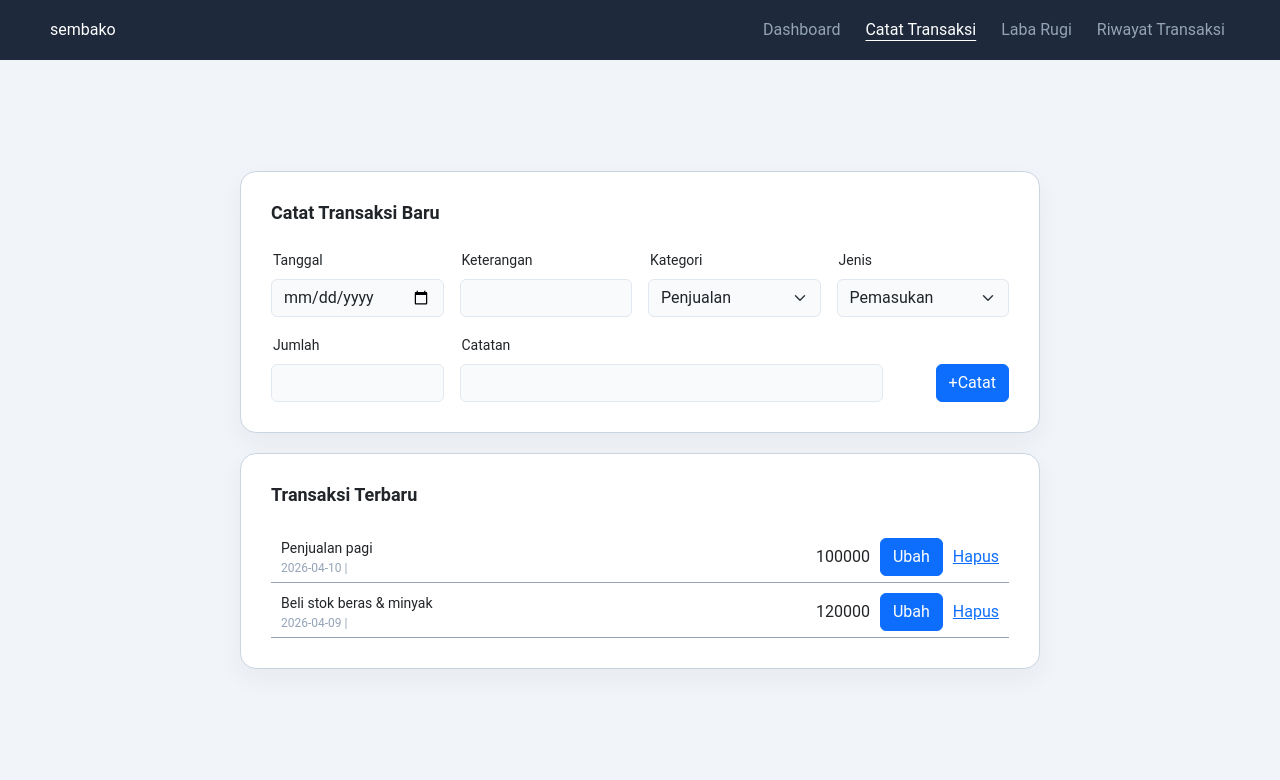
Repository: musdalifahzahra/Projek-Akhir-PWD-2026
Page: http://localhost/3-catat-transaksi.php
The author's editor kept a copy of each file at every save. The page is drawn from the files as they stood at one save, then again after the next save.
The browser window is 1280 px wide. The pictures show the whole page.
The page is run by PHP 8.4 with error messages shown; the project is at /var/www/html/. The database holds what the project's SQL file puts in it.

Above is the page before, as saved 2026-04-17 15:44:04.

### 3-catat-transaksi.php
<?php
//koneksi ke database
require "0-koneksi.php";

//INPUT FORM TRANSAKSI (INSERT)
//cek submit uda di pencet blm
if (isset($_POST["submit"])) {
    if (tambah_data($_POST) < 0) {
        echo "Data gagal ditambahkan";
    }
}
?>

<!DOCTYPE html>
<html lang="en">

<head>
    <meta charset="UTF-8">
    <meta name="viewport" content="width=device-width, initial-scale=1.0">
    <title>Catat Transaksi</title>
    <link rel="stylesheet" href="https://cdn.jsdelivr.net/npm/bootstrap@5.3.8/dist/css/bootstrap.min.css">
    <link rel="stylesheet" href="template-css.css">
    <link rel="stylesheet" href="3-catat-transaksi-css.css">
</head>

<body>
    <nav>
        <div class="profile">
            <span>sembako</span>
        </div>
        <div class="nav_list">
            <ul>
                <li><a href="2-dashboard.php">Dashboard</a></li>
                <li><a href="3-catat-transaksi.php" class="nav-active">Catat Transaksi</a></li>
                <li><a href="4-laba-rugi.php">Laba Rugi</a></li>
                <li><a href="5-laporan.php">Riwayat Transaksi</a></li>
            </ul>
        </div>
    </nav>

    <div class="wrap">
        <!-- input transaksi -->
        <div class="input-transaksi template">
            <form class="row g-3" method="POST">
                <h5>Catat Transaksi Baru</h5><br>
                <!-- tanggal -->
                <div class="col-md-3">
                    <label for="tanggal" class="form-label">Tanggal</label>
                    <input type="date" class="form-control" id="tanggal" name="tanggal" required>
                </div>
                <!-- keterangan -->
                <div class="col-md-3">
                    <label for="keterangan" class="form-label">Keterangan</label>
                    <input type="text" class="form-control" id="keterangan" name="keterangan" required>
                </div>
                <!-- kategori -->
                <div class="col-md-3">
                    <label for="inputZip" class="form-label">Kategori</label>
                    <select class="form-select" id="kategori" aria-label="Default select example" name="kategori" required>
                        <option value="Penjualan">Penjualan</option>
                        <option value="Belanja Stok">Belanja Stok</option>
                        <option value="Operasional">Operasional</option>
                        <option value="Gaji">Gaji</option>
                        <option value="Lain-lain">Lain-lain</option>
                    </select>
                </div>
                <!-- jenis -->
                <div class="col-md-3">
                    <label for="jenis" class="form-label">Jenis</label>
                    <select class="form-select" id="jenis" aria-label="Default select example" name="jenis" required>
                        <option value="Masuk">Pemasukan</option>
                        <option value="Keluar">Pengeluaran</option>
                    </select>
                </div>
                <!-- jumlah-->
                <div class="col-md-3">
                    <label for="jumlah" class="form-label">Jumlah</label>
                    <input type="number" class="form-control" id="jumlah" name="jumlah" required>
                </div>
                <!-- catatan -->
                <div class="col-md-7">
                    <label for="catatan" class="form-label">Catatan</label>
                    <input type="text" class="form-control" id="catatan" name="catatan">
                </div>
                <!-- submit (+catat) -->
                <div class="col-md-2 d-flex align-items-end justify-content-end">
                    <button type="submit" class="btn btn-primary" id="catat" name="submit" required> +Catat </button>
                </div>
                <br>
            </form>
        </div>


        <!-- MENAMPILKAN DAFTRA TRANSAKSI TERBARU -->
        <?php
        //  $transaksi_terbaru = nyimpan data yg diambil dari fungsi transaksi()
        // manggil fungsi transaksi sambil emmbawa parameter yg berfungsi u/ ngambil nya cuma 6
        $transaksi_terbaru = nampilin_data("SELECT * FROM transaksi ORDER BY No DESC LIMIT 6");
        ?>

        <div class="tampil-transaksi-terbaru template">
            <h5>Transaksi Terbaru</h5><br>
            <div class="wrap-transaksi">
                <?php foreach ($transaksi_terbaru as $data) : ?>
                    <div class="satu-transaksi">

                        <div class="a">
                            <p class="keterangan"><?= $data['Keterangan'] ?></p>
                            <p class="tanggal-catatan"><?= $data['Tanggal'] . " | " . $data['Catatan'] ?></p>
                        </div>

                        <div class="b">
                            <p><?= $data['Jumlah'] ?></p>
                            <!-- MODAL POP UP UBAH -->
                            <!-- Button modal ubah -->
                            <button type="button" class="btn btn-primary" data-bs-toggle="modal" data-bs-target="#modal-ubah<?= $data['No'] ?>">
                                Ubah
                            </button>
                            <!-- tampilan pop up ubah -->
                            <div class="modal fade" id="modal-ubah<?= $data['No'] ?>" data-bs-backdrop="static" data-bs-keyboard="false" tabindex="-1" aria-labelledby="staticBackdropLabel" aria-hidden="true">
                                <div class="modal-dialog template">
                                    <div class="modal-content">
                                        <div class="modal-header">
                                            <h5 class="modal-title fs-5" id="staticBackdropLabel">Ubah data transaksi</h5>
                                            <button type="button" class="btn-close" data-bs-dismiss="modal" aria-label="Close"></button>
                                        </div>
                                        <div class="modal-body">
                                            <!-- input transaksi -->
                                            <div class="input-transaksi template">

                                                <!-- kalo biasnya kirim datanya lewat a href GET, kalo ini pake form POST -->
                                                <form class="row g-3" action="0-ubah.php" method="POST">
                                                    <!-- membawa id, id  yang sesuai dengan data yg mau di edit -->
                                                     <input type="hidden" value="<?= $data['No'] ?>">

                                                    <!-- tanggal -->
                                                    <div class="col-md-3">
                                                        <label for="tanggal" class="form-label">Tanggal</label>
                                                        <input type="date" class="form-control" id="tanggal" name="tanggal" required>
                                                    </div>
                                                    <!-- keterangan -->
                                                    <div class="col-md-3">
                                                        <label for="keterangan" class="form-label">Keterangan</label>
                                                        <input type="text" class="form-control" id="keterangan" name="keterangan" required>
                                                    </div>
                                                    <!-- kategori -->
                                                    <div class="col-md-3">
                                                        <label for="inputZip" class="form-label">Kategori</label>
                                                        <select class="form-select" id="kategori" aria-label="Default select example" name="kategori" required>
                                                            <option value="Penjualan">Penjualan</option>
                                                            <option value="Belanja Stok">Belanja Stok</option>
                                                            <option value="Operasional">Operasional</option>
                                                            <option value="Gaji">Gaji</option>
                                                            <option value="Lain-lain">Lain-lain</option>
                                                        </select>
                                                    </div>
                                                    <!-- jenis -->
                                                    <div class="col-md-3">
                                                        <label for="jenis" class="form-label">Jenis</label>
                                                        <select class="form-select" id="jenis" aria-label="Default select example" name="jenis" required>
                                                            <option value="Masuk">Pemasukan</option>
                                                            <option value="Keluar">Pengeluaran</option>
                                                        </select>
                                                    </div>
                                                    <!-- jumlah-->
                                                    <div class="col-md-3">
                                                        <label for="jumlah" class="form-label">Jumlah</label>
                                                        <input type="number" class="form-control" id="jumlah" name="jumlah" required>
                                                    </div>
                                                    <!-- catatan -->
                                                    <div class="col-md-7">
                                                        <label for="catatan" class="form-label">Catatan</label>
                                                        <input type="text" class="form-control" id="catatan" name="catatan">
                                                    </div>
                                                    <!-- submit (+catat) -->
                                                    <div class="col-md-2 d-flex align-items-end justify-content-end">
                                                        <button type="submit" class="btn btn-primary" id="catat" name="submit-ubah" required> Ubah </button>
                                                    </div>
                                                    <br>
                                                </form>
                                            </div>
                                        </div>
                                        <!-- <div class="modal-footer">
                                            <button type="button" class="btn btn-secondary" data-bs-dismiss="modal">Close</button>
                                            <button type="button" class="btn btn-primary">Understood</button>
                                        </div> -->
                                    </div>
                                </div>
                            </div>

                            <!-- <a href="0-ubah.php?id=<?= $data["No"] ?>"> Edit </a> -->
                            <a href="0-hapus.php?id=<?= $data["No"] ?>" onclick="return confirm('Apakah anda ingin mengapus data tersebut');"> Hapus </a>
                            <!-- <button class="edit">Edit</button>
                            <button class="hapus"> x </button> -->
                        </div>
                    </div>
                <?php endforeach; ?>
            </div>
        </div>
    </div>
    <!-- masukin bootstrap js -->
    <script src="https://cdn.jsdelivr.net/npm/bootstrap@5.3.3/dist/js/bootstrap.bundle.min.js"></script>
</body>

</html>
</body>

</html>

### 0-koneksi.php
<?php
//koneksi ke database
$conn = mysqli_connect("localhost", "root", "", "laporan_keuangan");

//ambil data
$result = mysqli_query($conn, "SELECT * FROM transaksi");
if (!$result) {
    echo mysqli_error($conn);
}

//FUNGSI UNTUK MENAMBAHKAN DATA (INSERT)
function tambah_data($data_insert)
{

    global $conn;
    $tanggal = $data_insert["tanggal"];
    $keterangan = $data_insert["keterangan"];
    $kategori = $data_insert["kategori"];
    $jenis = $data_insert["jenis"];
    $jumlah = $data_insert["jumlah"];
    $catatan = $data_insert["catatan"];

    $insert = "INSERT INTO transaksi
              VALUES (null, '$tanggal', '$keterangan', '$kategori', '$jenis', '$jumlah', '$catatan')
              ";

    mysqli_query($conn, $insert);

    //mengembalikan nilai, cek berhasil apa ngga. kalo (1) = berhasil, (-1)= tidak berhasil;
    return mysqli_affected_rows($conn);
}

// FUNGSI UNTUK BACA DATA DARI DATABASE, dipake bwt nampilin transaksi terbaru
function nampilin_data($query)
{
    global $conn;

    $result = mysqli_query($conn, $query);
    //$rows = wadah untuk menyimpan baris-baris yg akan di ambil
    $rows = [];
    while ($row = mysqli_fetch_assoc($result)) {
        $rows[] = $row;
    }
    // mengmebalikan semua baris-baris($row) yg uda kesimpan di $rows
    return $rows;
}

//FUNGSI UNTUK HAPUS
function hapus($id)
{
    global $conn;

    mysqli_query($conn, "DELETE FROM transaksi WHERE No = $id");

    return mysqli_affected_rows($conn);
}

//UNTUK KONDISI KETIKA MENG UBAH DATA

### template-css.css
:root {
  --color-nav: #1e293b;
  --color-bag-web: #f1f5f9;
  --color-card: #ffffff;
  --color-belum-dipencet: #94a3b8;
  --color-kurson: #cbd5e1;
  --color-tulisan-utama: #334155;
  --color-pemasukan: #10b981;
  --color-pengeluaran: #ef4444;
  --color-border: #e2e8f0;
  --color-border-card: #cbd5e1;
  --color-input: #f8fafc;
  --h1: 32px; /* (judul halaman) */
  --h2: 24px; /* (judul section) */
  --h3: 20px; /* (sub section) */
  --font-judul-card: 18px; /* (judul card) */
  --h5: 16px; /* (label besar) */
  --font-text: 14px; /* (teks biasa) */
  --font-note: 12px; /* (catatan/hint) */
}

body {
  font-family: "Roboto", sans-serif;
}

nav {
  background-color: var(--color-nav);
  height: 60px;
  display: flex;
  align-items: center;
  justify-content: space-between;
  padding: 0px 50px;
  z-index: 1;
  position: sticky;
  top: 0px;
}

nav span {
  color: var(--color-card);
}

nav ul {
  padding: 0px;
  margin: 0px;
  display: flex;
  gap: 20px;
}
nav li {
  margin-right: 5px;
  display: inline;
  font-style: none;
}

nav a {
  color: var(--color-belum-dipencet);
  text-decoration: none;
}

.nav-active {
  color: var(--color-card);
  text-decoration: underline;
  text-underline-offset: 5px;
}

nav a:hover {
  color: var(--color-kurson);
}
body {
  background-color: var(--color-bag-web);
}

### 3-catat-transaksi-css.css
/* INPUT  FORM TRANSAKSI */
.wrap {
  display: flex;
  flex-direction: column;
  z-index: 2;
  width: 100%;
  min-height: 100vh;
  background-color: var(--color-bag-web);
  padding: 50px 20px;
  gap: 20px;
  justify-content: center;
  align-items: center;
}

h5 {
  font-size: var(--font-judul-card);
  font-weight: bold;
}
.template {
  max-width: 800px;
  border: 1.2px solid var(--color-border-card);
  background-color: var(--color-card);
  border-radius: 16px;
  box-shadow: 0 10px 25px rgba(30, 41, 59, 0.05);
  padding: 30px;
}

.input-transaksi {
  display: flex;

  /* padding: 20px; */
}

.transaksi-terbaru {
  display: flex;
  flex: 1;
  /* padding: 20px; */
}
form .catat {
  margin: 0px;
  padding: 0px;
}
.form-label{
  padding-left: 2px;
  font-size: var(--font-text);
}

.form-control,
.form-select {
  background-color: var(--color-input);
  border: 1px solid var(--color-border);
}

/* TRANSAKSI TERBARU */
.tampil-transaksi-terbaru {
  margin: 0%;
  width: 100%;
  display: flex;
  flex-direction: column;
  height: auto;
  gap: 0px;
}
.wrap-transaksi{
  display: flex;
  gap: 10px;
  flex-direction: column;
}
.satu-transaksi {
  width: 100%;
  display: grid;
  grid-template-columns: 1fr auto auto auto auto;
  border-bottom: 1px solid var(--color-belum-dipencet);
  padding: 0px 10px 5px 10px;
}
.a {
}

.keterangan {
font-size: large;
font-size: var(--font-text);
}
.tanggal-catatan{
  font-size:x-small;
  font-size:var(--font-note);
  color: var(--color-belum-dipencet);
}
.jenis{
  font-size: x-small;
  background-color: aqua;
  border-radius: 25px;
  padding: 4px 10px;
}
.edit{
  font-size: x-small;
  background-color: rgb(233, 255, 137);
  border-radius: 25px;
  padding: 4px 10px;
  border: none;

}
.hapus{
  background-color: rgb(214, 170, 255);
  border-radius: 100%;
  padding: 2px 7px;
  font-size: x-small;
  border: none;
}
.b {
  display: flex;
  align-items: center;
  flex-direction: row;
  gap: 10px;
}
p{
  padding: 0px;
  margin: 0px;
}

### Laporan_Keuangan.sql (the tables this page reads)
CREATE TABLE `transaksi` (
  `No` int(11) NOT NULL,
  `Tanggal` date DEFAULT NULL,
  `Keterangan` varchar(50) DEFAULT NULL,
  `Kategori` varchar(30) DEFAULT NULL,
  `Jenis` varchar(20) DEFAULT NULL,
  `Jumlah` int(11) DEFAULT NULL,
  `Catatan` varchar(50) DEFAULT NULL,
  PRIMARY KEY (`No`)
) ENGINE=InnoDB DEFAULT CHARSET=utf8mb4 COLLATE=utf8mb4_general_ci;

INSERT INTO `transaksi` VALUES (1,'2026-04-09','Beli stok beras & minyak','Belanja Stok','Pengeluaran',120000,''),(2,'2026-04-10','Penjualan pagi','Penjualan','Pemasukan',100000,'');

After the next save:
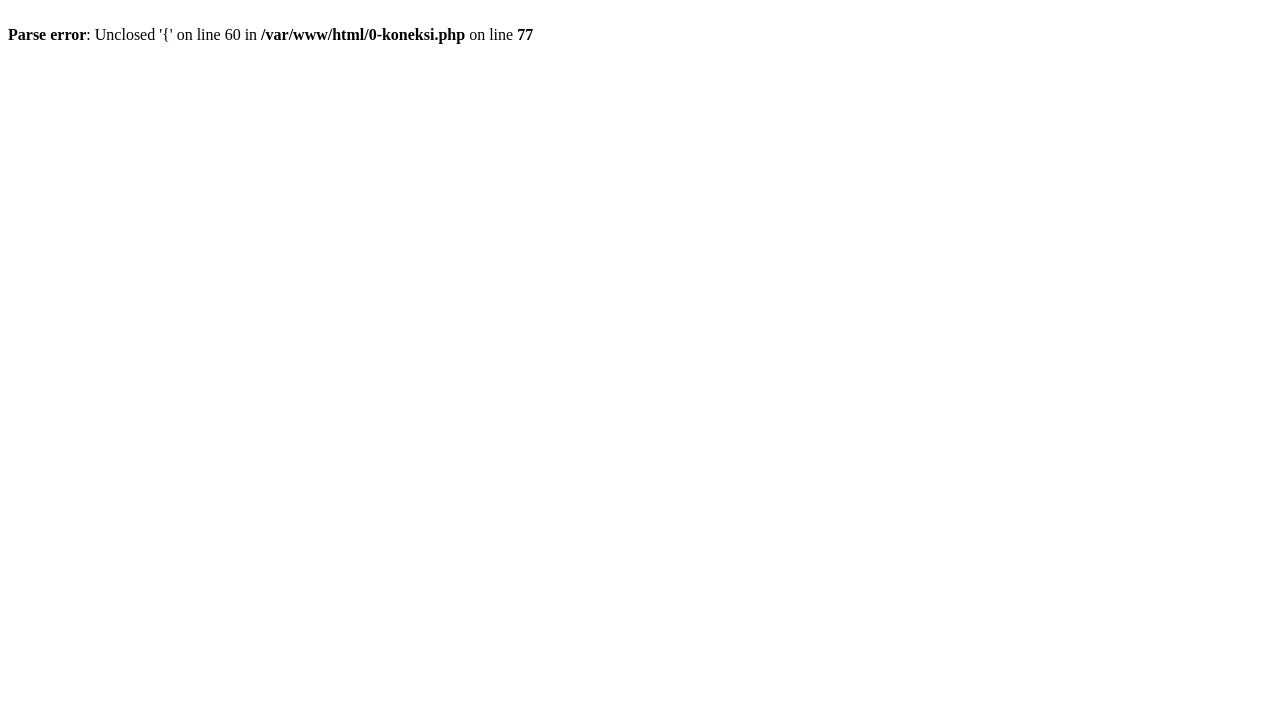
Saved 14 s later.
--- a/0-koneksi.php
+++ b/0-koneksi.php
@@ -56,3 +56,21 @@ function hapus($id)
 }
 
 //UNTUK KONDISI KETIKA MENG UBAH DATA
+// cek tombol edit uda d pencet blm
+if (isset($_POST["submit"])) {
+    // cek data nerhasil di ubah apa ngga
+    if (ubah($_POST) > 0) {
+        echo "
+        <script>
+        alert('Data berhasil di ubah');
+        document.location.href = '3-catat-transaksi.php';
+        </script>
+        ";
+    } else {
+        echo "
+        <script>
+        alert('Data gagal di ubah');
+        document.location.href = '3-catat-transaksi.php';
+        </script>
+        ";
+    }

After the save that followed:
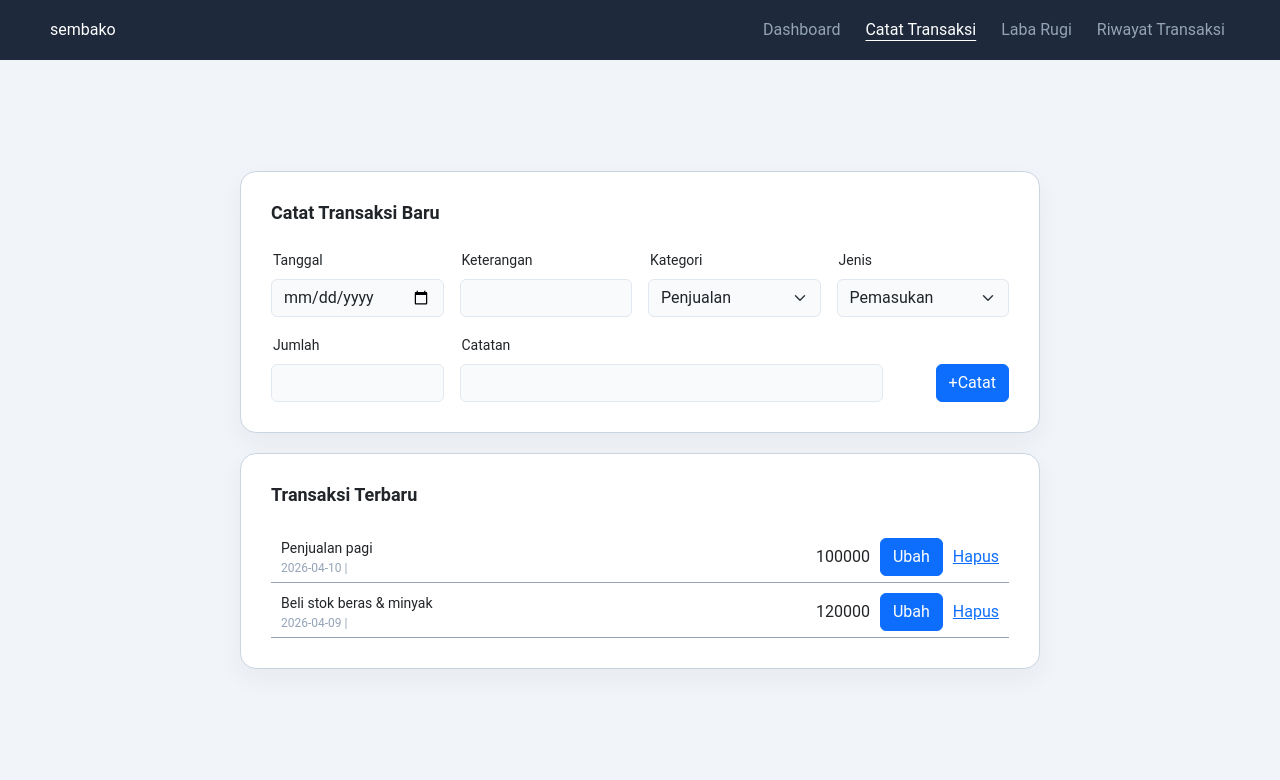
Saved 7 s later.
--- a/0-koneksi.php
+++ b/0-koneksi.php
@@ -74,3 +74,4 @@ if (isset($_POST["submit"])) {
         </script>
         ";
     }
+}
